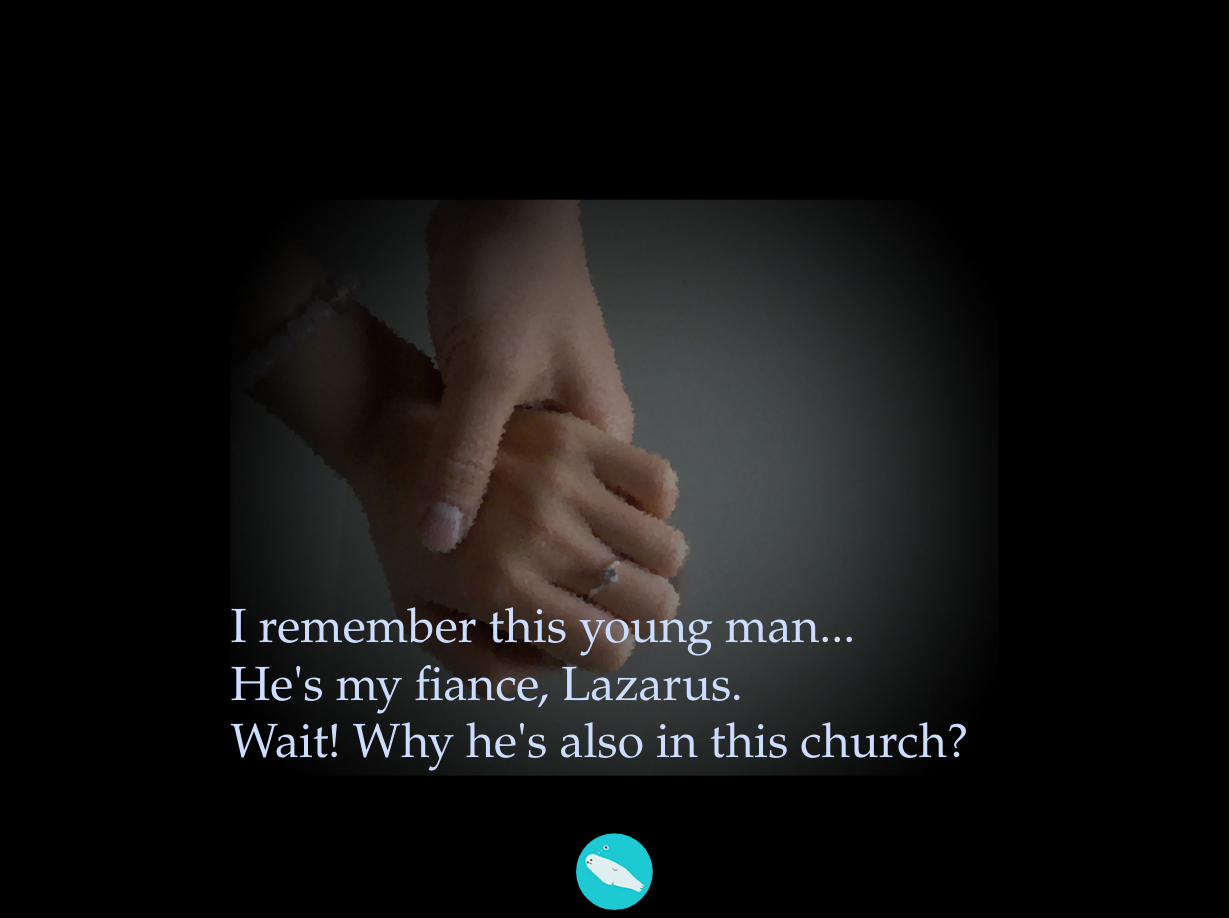
Repository: yiy225/yiy225.github.io
Page: final/ymm1.html
The author's editor kept a record of every edit. The page is drawn from the files as they stood at one moment, then again after the next edit.
The browser window is 1280 px wide. The pictures show the whole page, at 96% of full size.

Above is the page before.

### final/ymm1.html
<!DOCTYPE html>
<html>
   <head>
        <title>The Dance of Death</title>
        <link href="styles ymm1.css" rel="stylesheet">
    </head>
    <body>
     <div class= div1></div>

     <div class= div2>
         <br>
         <br>
         <br>
         <br>
         <br>
         <br>
         <br>
         I remember this young man...
         <br>
         He's my fiance, Lazarus.
         <br>
         Wait! Why he's also in this church?</div>
     <br>
     <a href="de1" class="mouse"></a>

    </body>
</html>

### final/styles ymm1.css
body {
    background-color: black;
    font-size: 50px;
    font-family: Garamond, serif;
    text-align: center;
    color: #CCDDFF;
}


.div1 {
    margin: 0px auto;
    width: 200px;
    height: 200px ;
    text-align: center;
    margin-left: auto;
    margin-right: auto;

}

.div2 {
    background-image: url(ymm1.jpg);
    height: 600px;
    width: 800px;
    z-index: 100;
    text-align: left;
    margin-left: auto;
    margin-right: auto;

}

.c1{
    position: relative;
    margin-left:auto;
    margin-right:auto;
    padding-left:50px;
}

.mouse {
   width: 80px;
   height: 80px;
   background-image: url(seal.png);
   background-repeat: no-repeat;
   display: block;
   text-indent: 100%;
   white-space: nowrap;
   overflow: hidden;
   position: relative;
   text-align:center;
   margin-left:auto;
   margin-right:auto;
   border-radius: 100%;
}


.seal:hover {
background-position: -80px 0;
}


.seal:active {
background-position: -160px 0;
}

After the next edit:
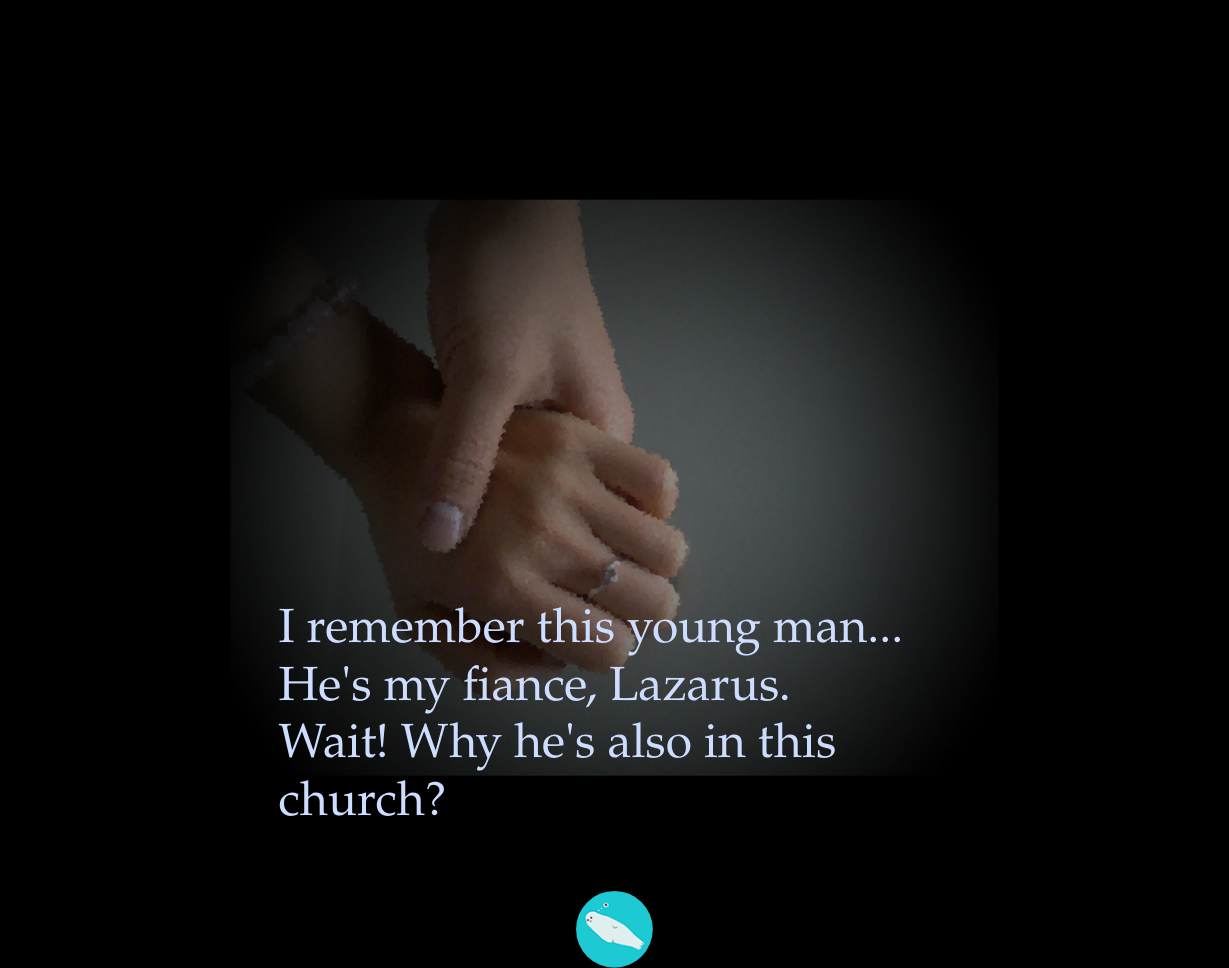
The edit:
--- a/final/ymm1.html
+++ b/final/ymm1.html
@@ -8,6 +8,7 @@
      <div class= div1></div>
 
      <div class= div2>
+         <div class= c1>
          <br>
          <br>
          <br>
